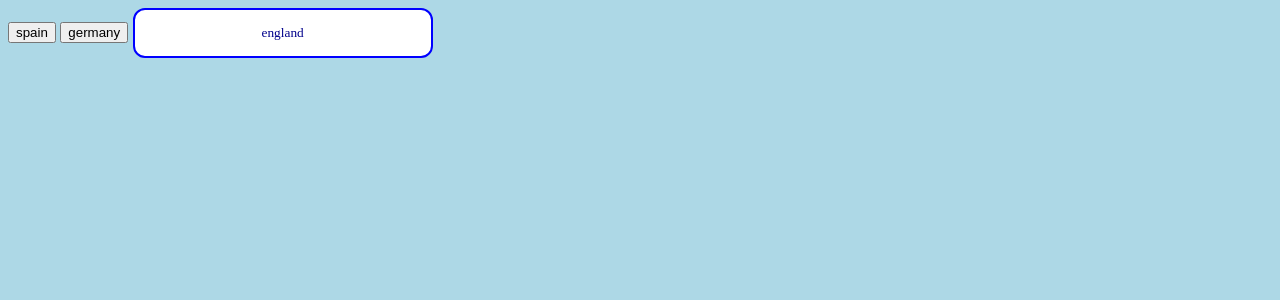
Repository: georgefyles/playground
Page: playground/src/resources/html/radio.html
The author's editor kept a record of every edit. The page is drawn from the files as they stood at one moment, then again after the next edit.
The browser window is 1280 px wide. The pictures show the whole page.

Above is the page before.

### playground/src/resources/html/radio.html
<!DOCTYPE html>
<html>

  <head>
	<title>Page Title</title>
	<link rel="stylesheet" href="../css/radio.css" type="text/css" />
  </head>

  <body>

<button class="button1">spain</button>

<button class="button2">germany</button>

<button class="buttonC">england</button>

  </body>
</html>

### playground/src/resources/css/radio.css
body {
    background-color: lightblue;
    font-family: Arial, Helvetica, sans-serif;
}


.buttonA {
  background-color: white;
  color: darkred;
  border: 2px solid red;
  border-radius: 12px;
  font-family: fantasy;
  padding-left: 32px;
  padding-right: 32px;
  padding-top: 15px;
  padding-bottom: 15px;
  width: 300px;

}

.buttonB {
  background-color: white;
  color: black;
  border: 2px solid grey;
  border-radius: 12px;
  font-family: fantasy;
  padding-left: 32px;
  padding-right: 32px;
  padding-top: 15px;
  padding-bottom: 15px;
  width: 300px;

}

.buttonC {
    background-color: white;
    border: 2px solid blue;
    border-radius: 12px;
    font-family: fantasy;
    color: darkblue;
    padding-left: 32px;
    padding-right: 32px;
    padding-top: 15px;
    padding-bottom: 15px;
    width: 300px;
}

After the next edit:
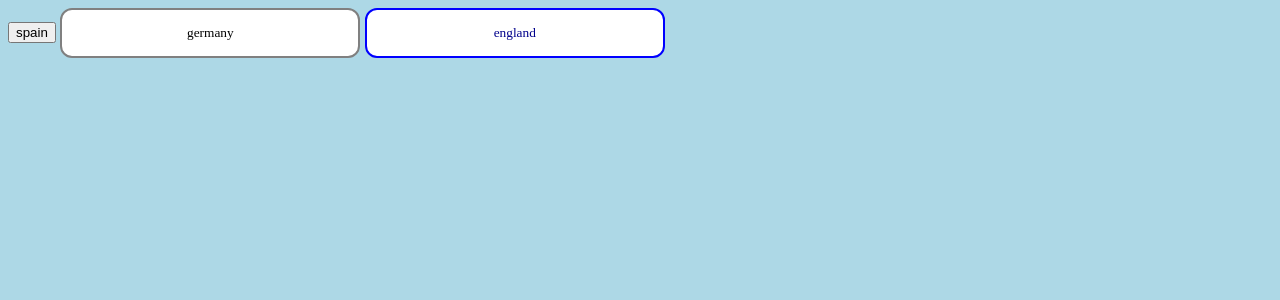
The edit:
--- a/playground/src/resources/html/radio.html
+++ b/playground/src/resources/html/radio.html
@@ -10,7 +10,7 @@
 
 <button class="button1">spain</button>
 
-<button class="button2">germany</button>
+<button class="buttonB">germany</button>
 
 <button class="buttonC">england</button>
 
